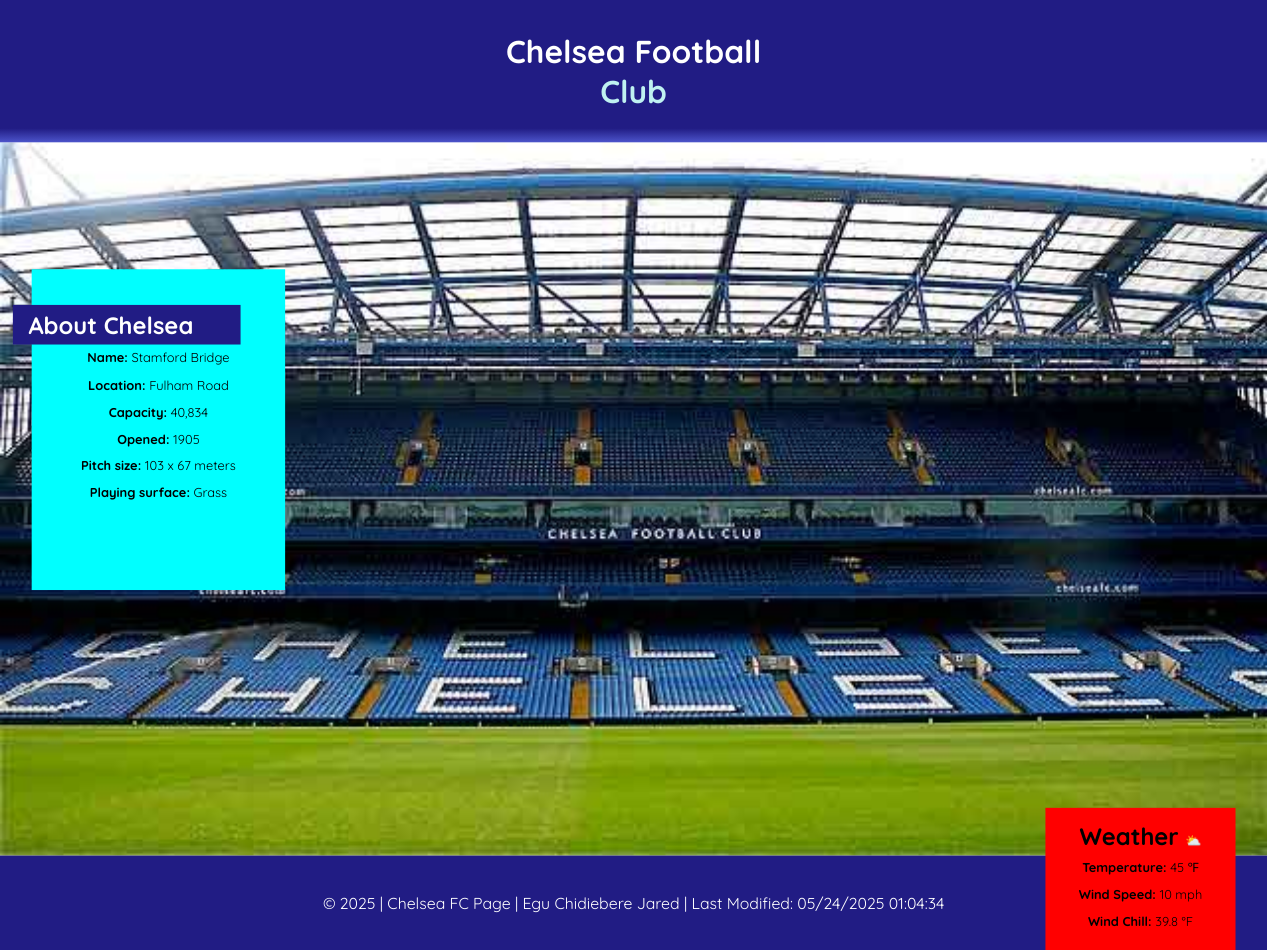
Repository: EguJaredoBoyd/wdd131
Page: place.html
The author's editor kept a copy of each file at every save. The page is drawn from the files as they stood at one save, then again after the next save.
The browser window is 1280 px wide. The pictures show the whole page, at 99% of full size.
Some web libraries are served in a nearby version.

Above is the page before, as saved 2025-05-26 16:57:26.

After the next save:
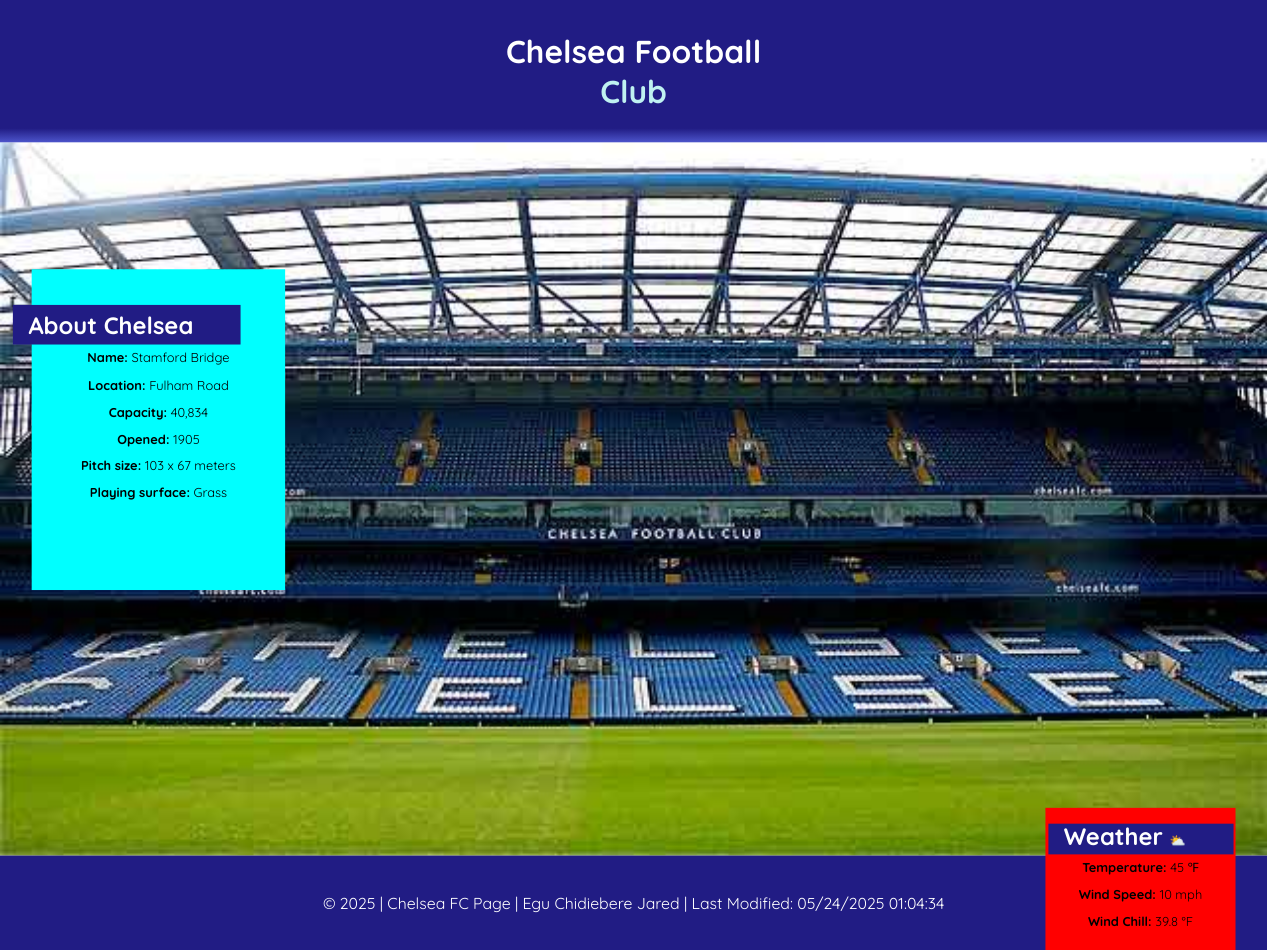
Saved 2 min 25 s later.
--- a/styles/place-large.css
+++ b/styles/place-large.css
@@ -15,7 +15,7 @@
         line-height: 1.7rem;
 
     }
-    .info h2{
+    .info h2, .weather h2{
         margin-bottom: 0;
         margin-top: -3rem;
         background-color: var(--primary-color);
